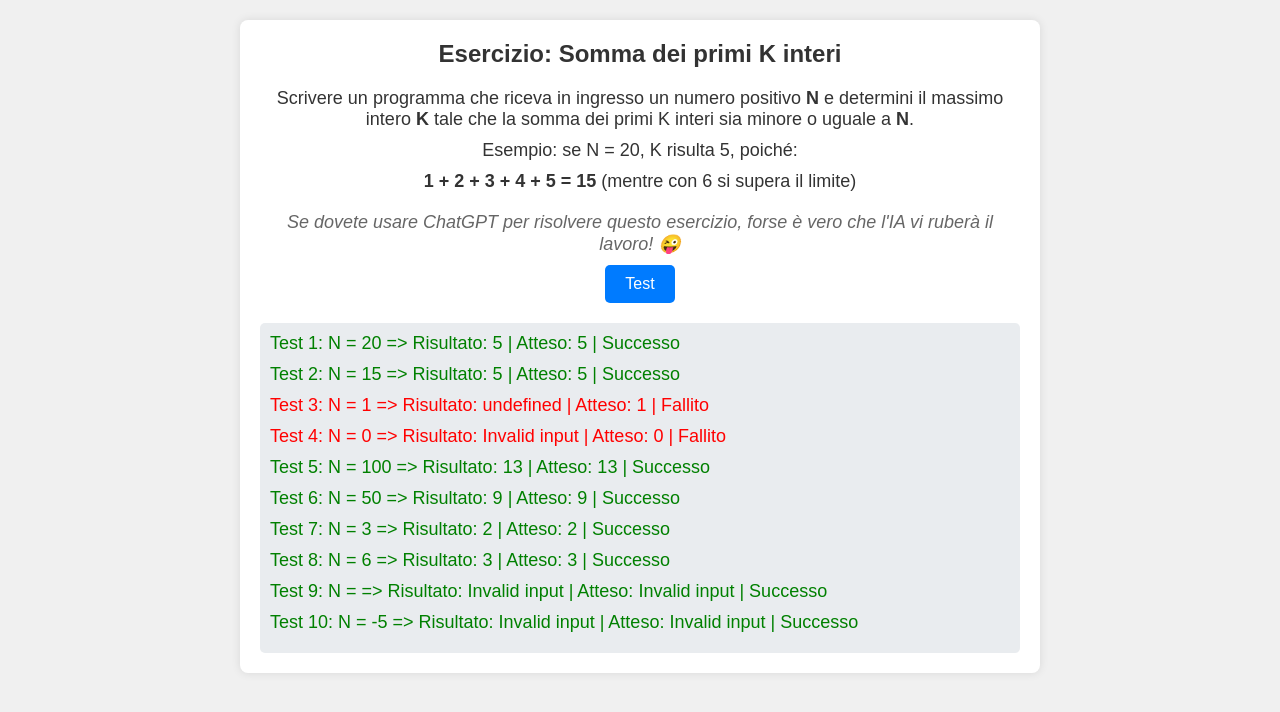
Repository: JoseManuel-Feliz/merenda1
Page: index.html
The author's editor kept a copy of each file at every save. The page is drawn from the files as they stood at one save, then again after the next save.
The browser window is 1280 px wide. The pictures show the whole page.
After loading, the first visible `#run-tests` was clicked once.

Above is the page before, as saved 2024-10-01 17:01:51.

After the next save:
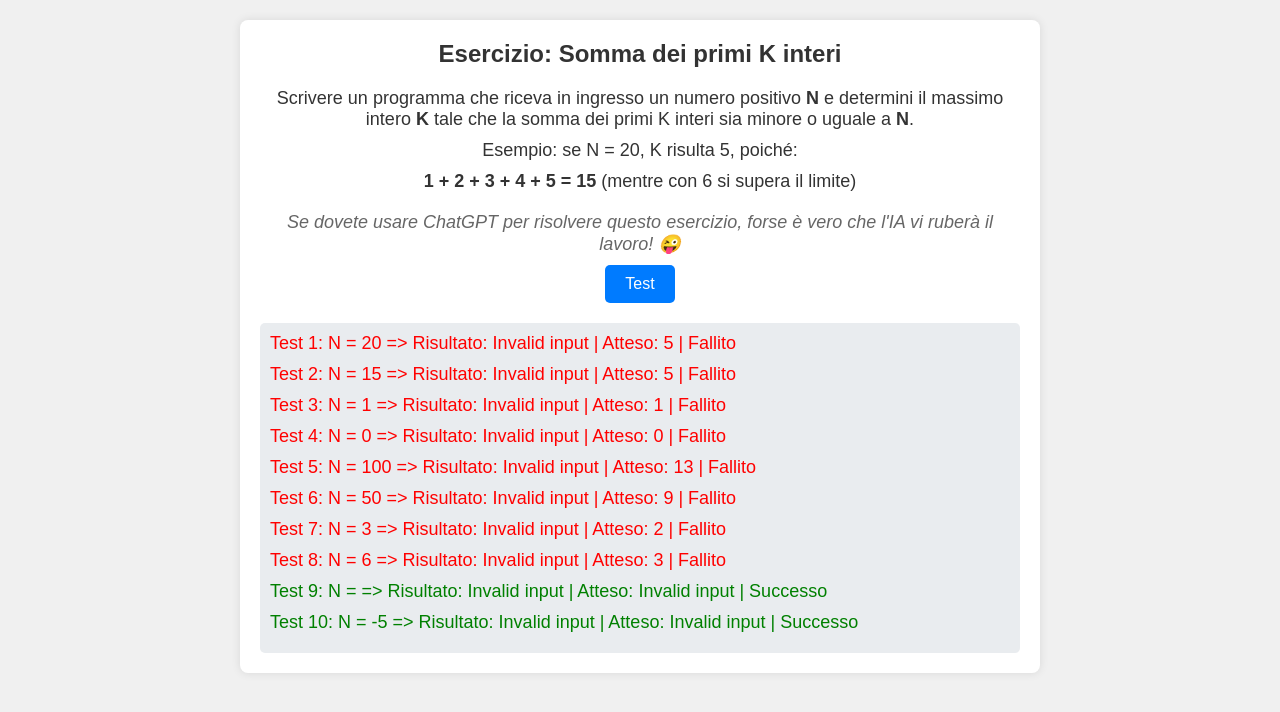
Saved 28 s later.
--- a/merenda.js
+++ b/merenda.js
@@ -2,7 +2,7 @@
     let somma = 0;
     let count = 0;
 
-    if (N < 0 || !N) {
+    if (N < 0 || !N || isNaN) {
         return 'Invalid input';
     }
     for (let i = 1; i <= N; i++) {

After the save that followed:
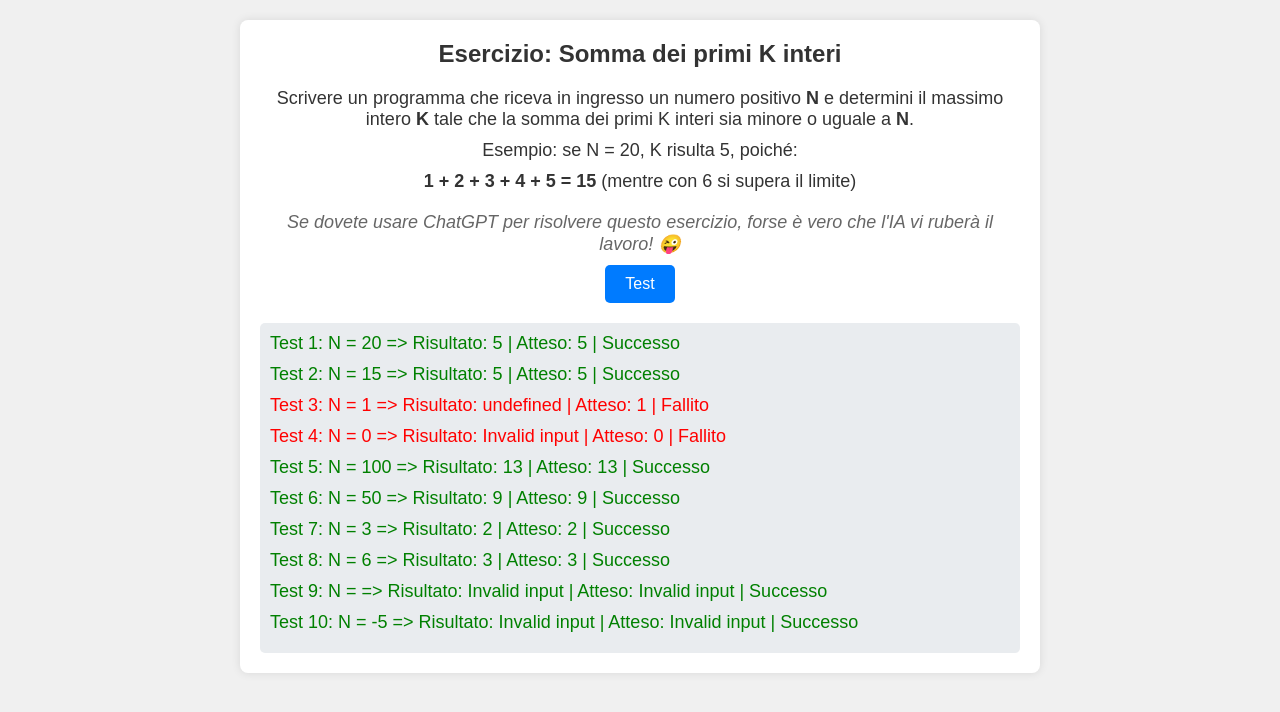
Saved 30 s later.
--- a/merenda.js
+++ b/merenda.js
@@ -2,7 +2,7 @@
     let somma = 0;
     let count = 0;
 
-    if (N < 0 || !N || isNaN) {
+    if (N < 0 || !N || isNaN(N)) {
         return 'Invalid input';
     }
     for (let i = 1; i <= N; i++) {
